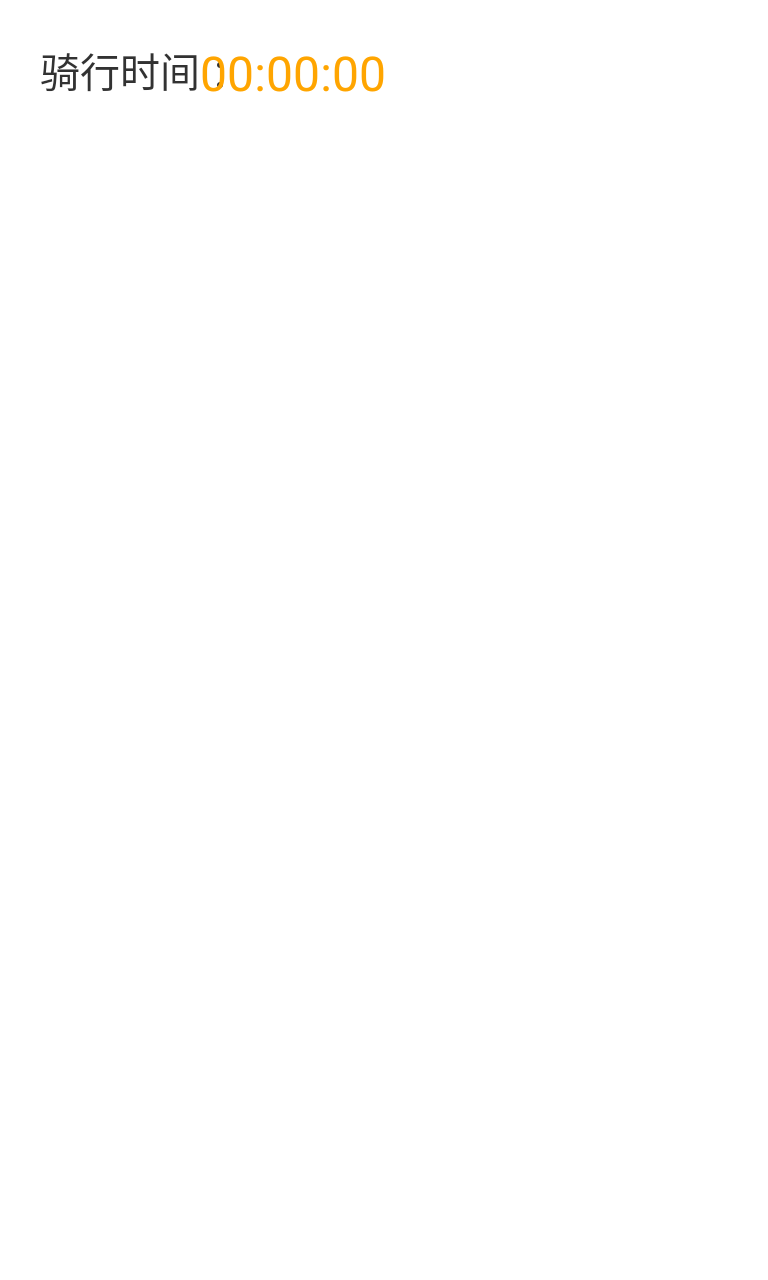
Repository: CovaWang/temporary_embedded
Layout: 7#车联·共享单车/代码/代码/res/layout/time_price.xml
The author's editor kept a copy of each file at every save. The layout is drawn from the files as they stood at one save, then again after the next save.
It is drawn on a 768 x 1280 px phone screen (xhdpi) without system bars, with theme AppTheme; the app's code is not run.

Above is the layout before, as saved 2024-05-15 11:36:41.

### 7#车联·共享单车/代码/代码/res/layout/time_price.xml
<?xml version="1.0" encoding="utf-8"?>
<RelativeLayout xmlns:android="http://schemas.android.com/apk/res/android"
    android:layout_width="fill_parent"
    android:layout_height="match_parent"
    android:orientation="horizontal" >

   <!--  <TextView
		android:layout_width="match_parent"
		android:layout_height="match_parent"
		android:layout_weight="1"/>
     -->

    <TextView
		android:layout_width="match_parent"
		android:layout_height="match_parent"
		android:layout_marginTop='20dp'
			android:layout_marginLeft='20dp'
		android:text="骑行时间 ："
		android:textSize="20dp"
		android:layout_weight="1" />

    <Chronometer
        android:id="@+id/chronometer"
        android:layout_width="match_parent"
		android:layout_height="match_parent"
		android:layout_marginTop='20dp'
		android:layout_marginLeft='100dp'
		android:format="00:00:00"
		android:textSize="24dp"
		android:textColor="#FFA500"
        android:layout_weight="1" />



</RelativeLayout>

### 7#车联·共享单车/代码/代码/res/values/styles.xml
<resources>

    <!--
        Base application theme, dependent on API level. This theme is replaced
        by AppBaseTheme from res/values-vXX/styles.xml on newer devices.

    -->
    <style name="AppBaseTheme" parent="android:Theme.Light">
        <!--
            Theme customizations available in newer API levels can go in
            res/values-vXX/styles.xml, while customizations related to
            backward-compatibility can go here.

        -->
    </style>

    <!-- Application theme. -->
    <style name="AppTheme" parent="AppBaseTheme">
        <!-- All customizations that are NOT specific to a particular API-level can go here. -->
    </style>
    <!-- 高宽都包裹内容 -->
    <style name="wrapcontent">
        <item name="android:layout_width">wrap_content</item>
        <item name="android:layout_height">wrap_content</item>
    </style>

    <!-- 自定义对话框样式 -->
    <style name="dialog_custom" parent="android:style/Theme.Dialog">
        <item name="android:windowFrame">@null</item>
        <item name="android:windowNoTitle">true</item>
        <item name="android:background">#00000000</item>
        <item name="android:windowBackground">@android:color/transparent</item>
    </style>
    <!-- TextView 16sp样式 -->
    <style name="textview16sp" parent="wrapcontent">
        <item name="android:textSize">16sp</item>
        <item name="android:gravity">center_vertical</item>
    </style>

    <!-- TextView 14sp样式 -->
    <style name="textview12sp" parent="wrapcontent">
        <item name="android:textSize">12sp</item>
        <item name="android:gravity">center_vertical</item>
    </style>
    <!-- TextView 14sp样式 -->
    <style name="textview14sp" parent="wrapcontent">
        <item name="android:textSize">14sp</item>
        <item name="android:gravity">center_vertical</item>
    </style>

    <!-- 宽度为0dp,高度为包裹内容，权重为1 -->
    <style name="zero_widthwrapcontent">
        <item name="android:layout_width">0dp</item>
        <item name="android:layout_height">wrap_content</item>
        <item name="android:layout_weight">1</item>
    </style>

    <!-- 黄色14sp,图片间距为5dp的textview -->
    <style name="tvyellow14sp" parent="zero_widthwrapcontent">
        <item name="android:textSize">14sp</item>
        <item name="android:drawablePadding">3dp</item>
        <item name="android:gravity">center</item>
        <item name="android:textColor">@color/bright_yellow</item>
    </style>

</resources>

Loaded but not shown: 7#车联·共享单车/代码/代码/res/values-v11/styles.xml (common file); 7#车联·共享单车/代码/代码/res/values-v14/styles.xml (common file)

After the next save:
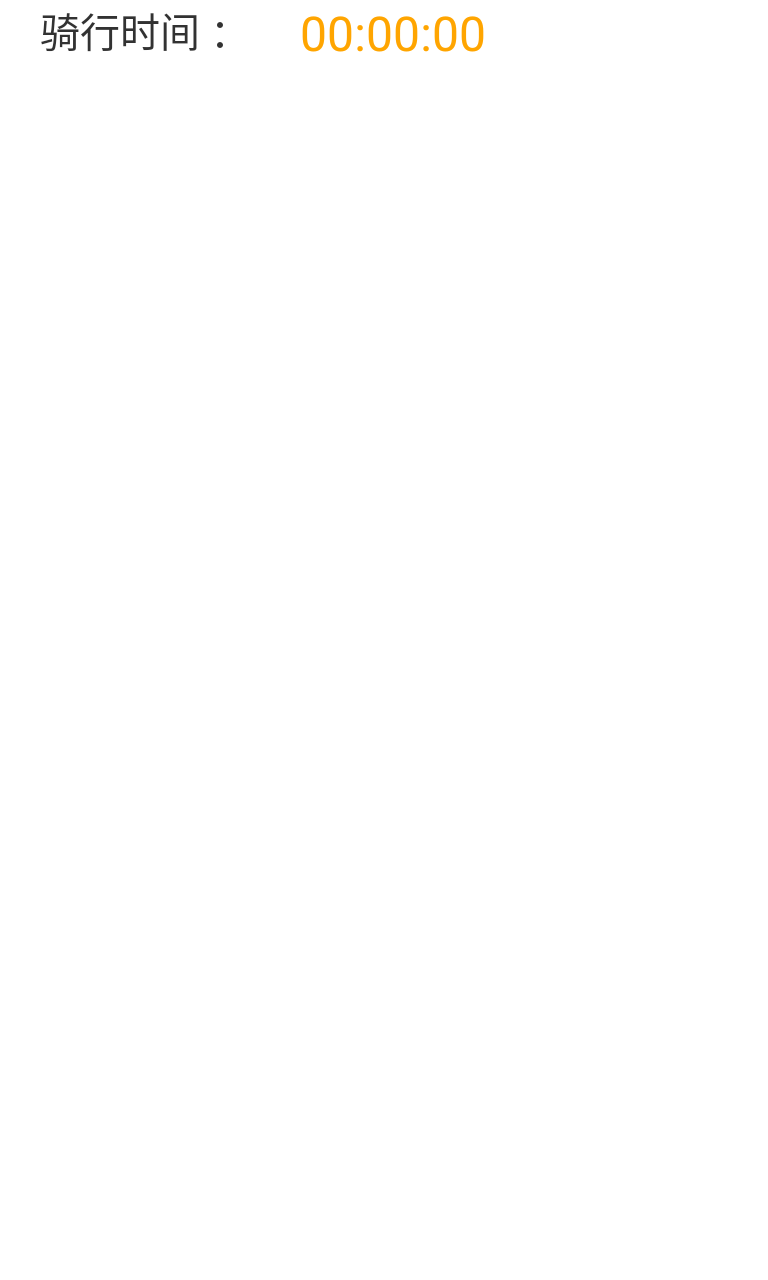
Saved 41 s later.
--- a/7#车联·共享单车/代码/代码/res/layout/time_price.xml
+++ b/7#车联·共享单车/代码/代码/res/layout/time_price.xml
@@ -13,8 +13,8 @@
     <TextView
 		android:layout_width="match_parent"
 		android:layout_height="match_parent"
-		android:layout_marginTop='20dp'
-			android:layout_marginLeft='20dp'
+		android:layout_marginTop='0dp'
+		android:layout_marginLeft='20dp'
 		android:text="骑行时间 ："
 		android:textSize="20dp"
 		android:layout_weight="1" />
@@ -23,8 +23,8 @@
         android:id="@+id/chronometer"
         android:layout_width="match_parent"
 		android:layout_height="match_parent"
-		android:layout_marginTop='20dp'
-		android:layout_marginLeft='100dp'
+		android:layout_marginTop='0dp'
+		android:layout_marginLeft='150dp'
 		android:format="00:00:00"
 		android:textSize="24dp"
 		android:textColor="#FFA500"
